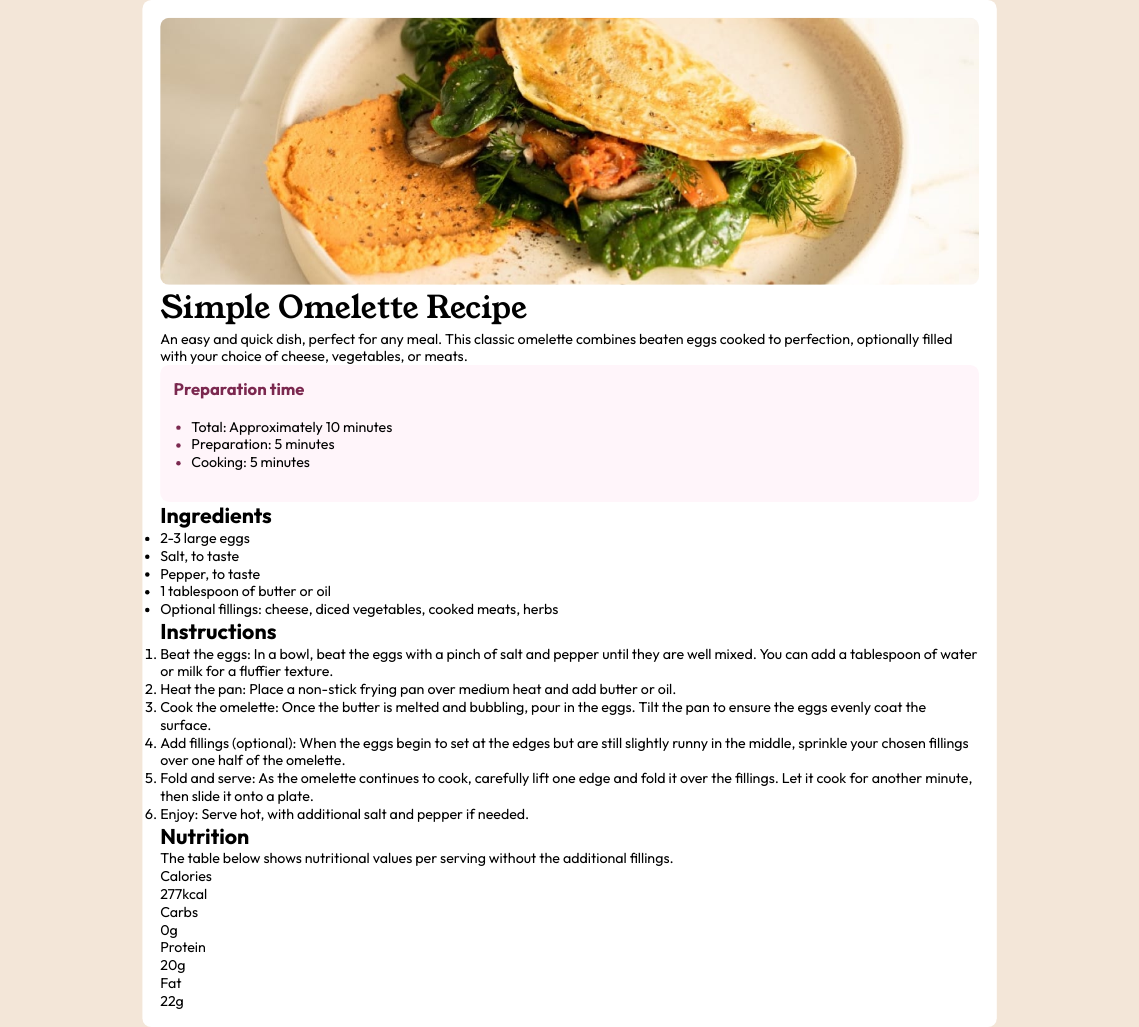
Repository: reemoon-ctrl/mine-recipe-page-main
Page: index1.html
These files come from the project's save history. The page is drawn as it stood at one moment and after the next save; the edit follows.
The browser window is 1280 px wide. The pictures show the whole page, at 89% of full size.

Above is the page before, as saved 2024-08-11 15:24:55.

After the next save:
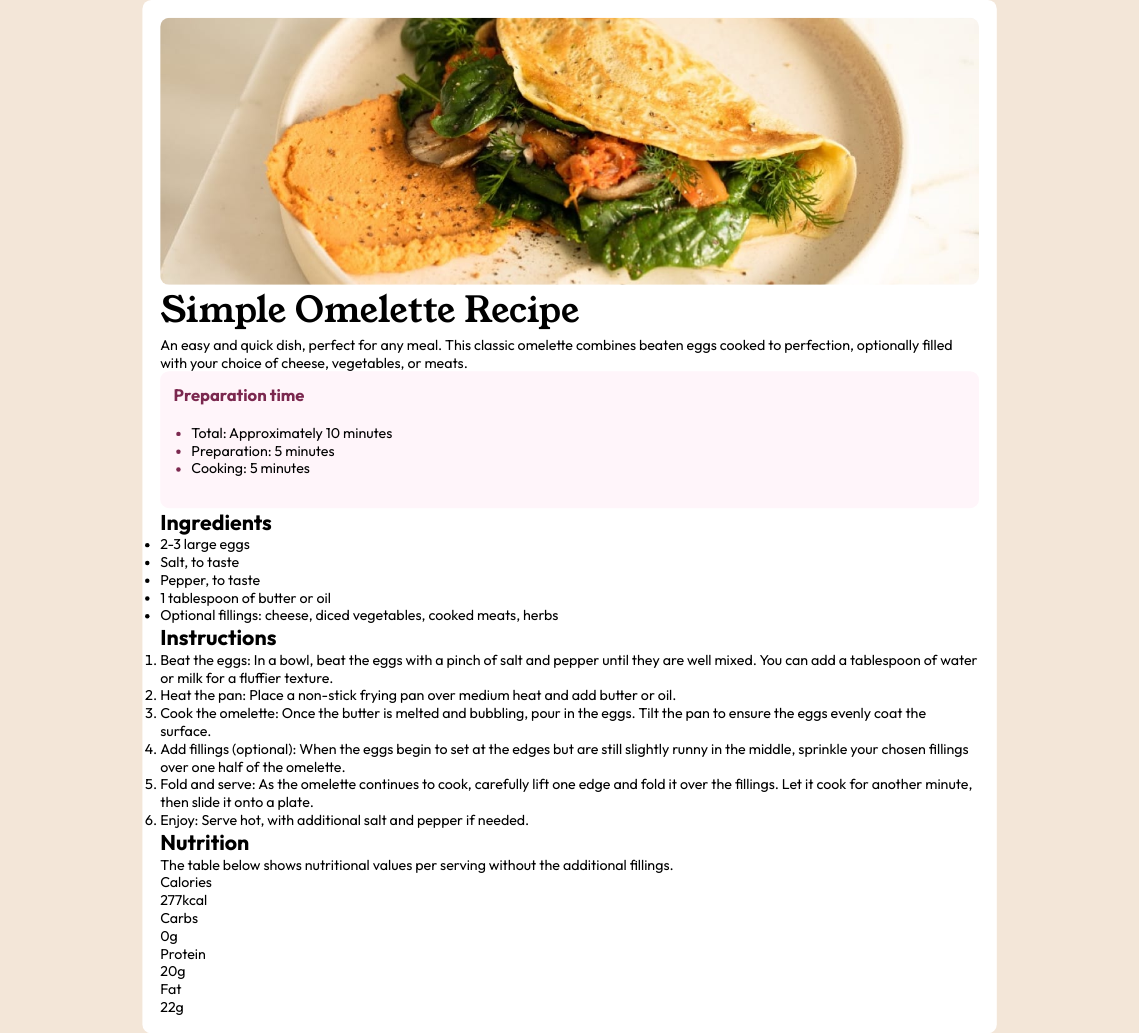
Saved 9 s later.
--- a/style.css
+++ b/style.css
@@ -52,7 +52,7 @@ body{
 
 }
 h1{
-    font-size: 35px;
+    font-size: 40px;
     font-family: "Young Serif", serif;
     font-weight: 400;
     font-style: normal;
